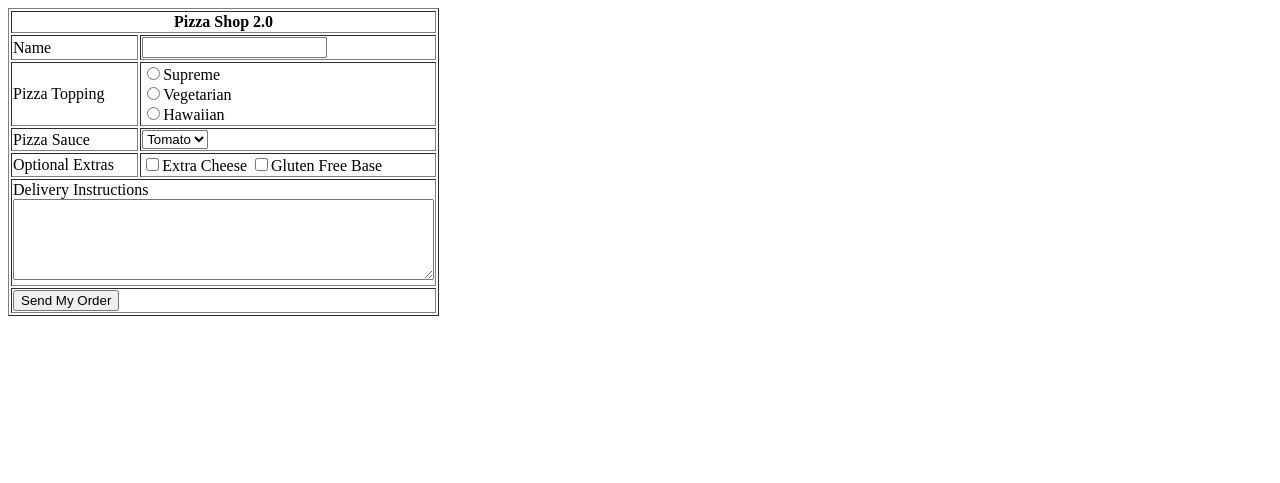
Repository: ilijana123/Proekt1
Page: Osnovi na web/HTML/Domasna/davor.html
The author's editor kept a copy of each file at every save. The page is drawn from the files as they stood at one save, then again after the next save.
The browser window is 1280 px wide. The pictures show the whole page.

Above is the page before, as saved 2023-10-29 22:30:14.
Not found: Osnovi na web/HTML/Domasna/doma2.css

After the next save:
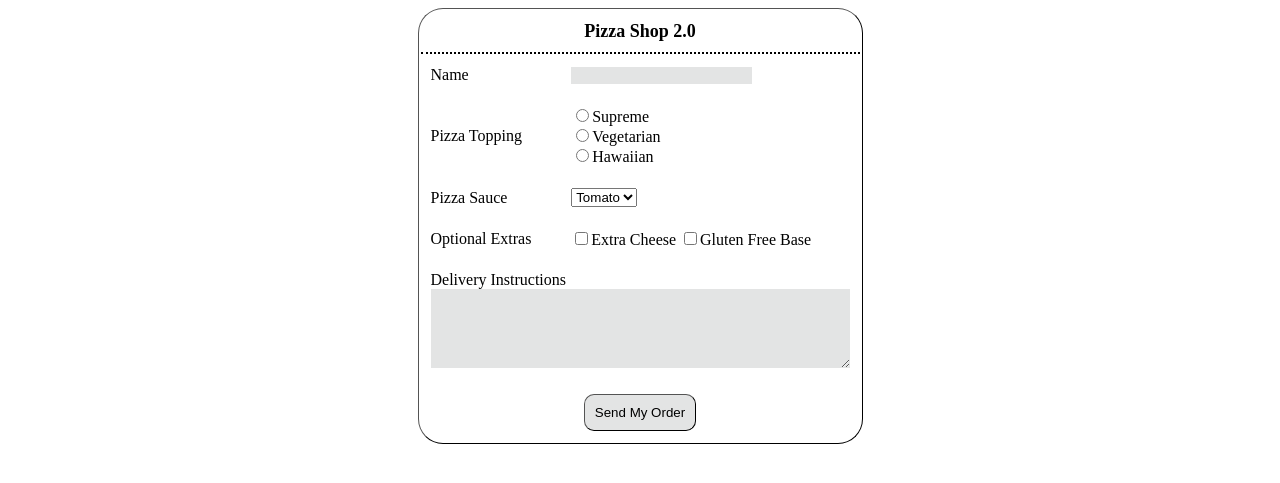
Not found: Osnovi na web/HTML/Domasna/background.jpg
Saved 42 s later.
--- a/Osnovi na web/HTML/Domasna/davor.html
+++ b/Osnovi na web/HTML/Domasna/davor.html
@@ -3,7 +3,7 @@
 
 <head>
     <title>Pizza Shop 2.0</title>
-    <link rel="stylesheet" type="text/css" href="./doma2.css">
+    <link rel="stylesheet" type="text/css" href="d.css">
 </head>
 
 <body>
